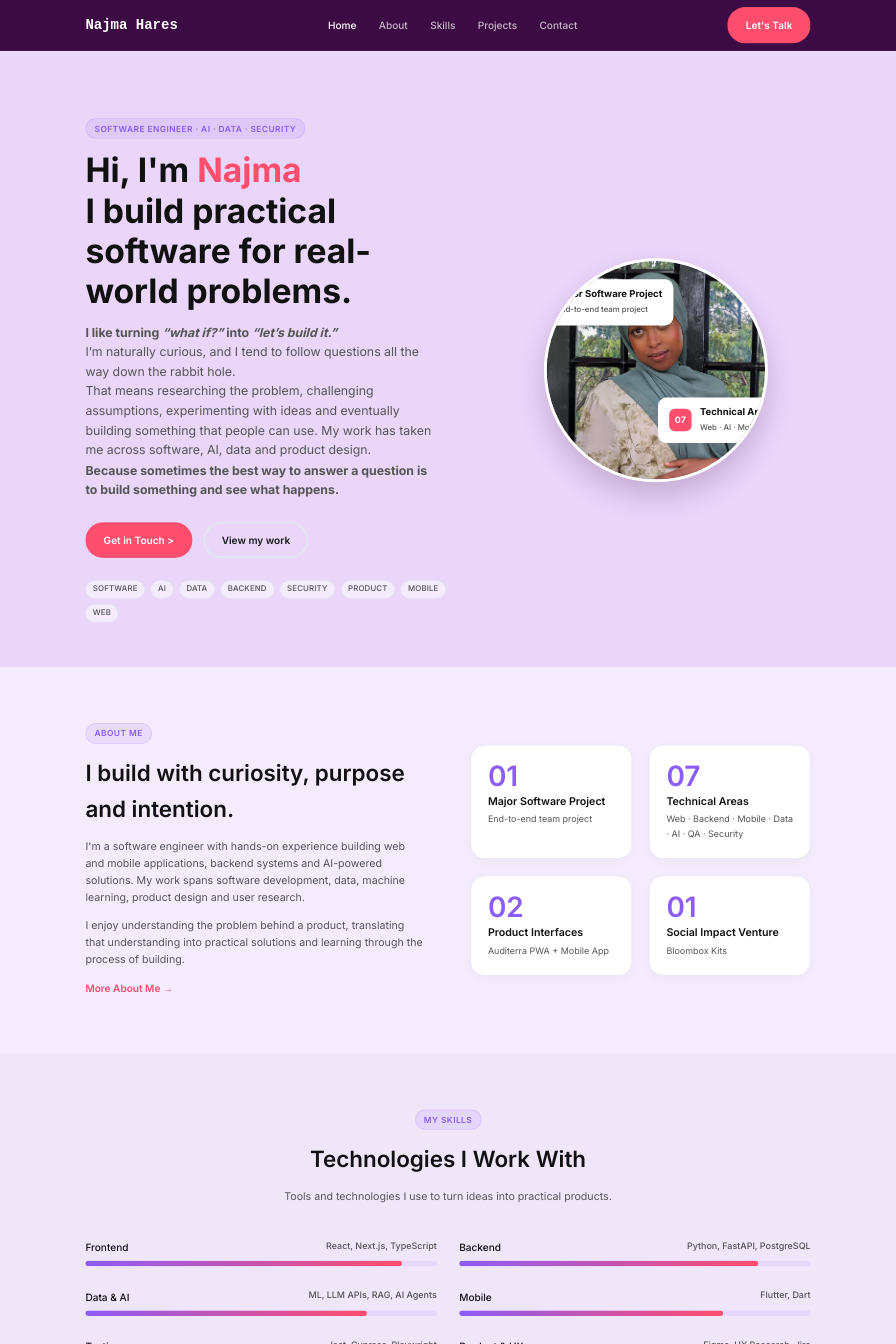
Repository: najmahares/portfolio
Page: index.html
These files come from the project's save history. The page is drawn as it stood at one moment and after the next save; the edit follows.
The browser window is 1280 px wide. The pictures show the part of the page from y = 0 to 1920 px (the page is 3441 px tall), at 70% of full size.

Above is the page before, as saved 2026-09-19 06:35:56.

After the next save:
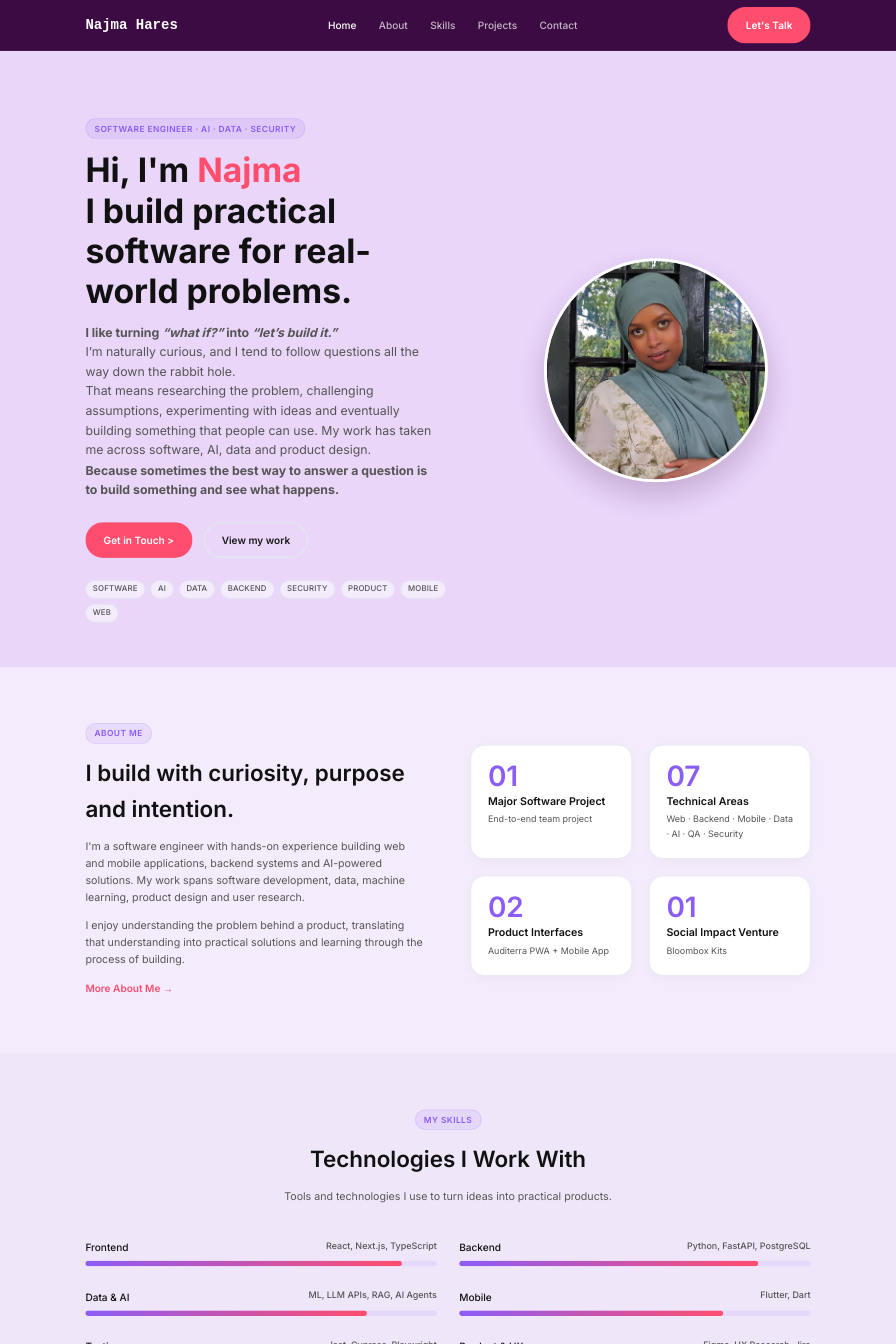
Saved 21 s later.
--- a/index.html
+++ b/index.html
@@ -74,6 +74,7 @@
             <span class="badge-sm">Web</span>
           </div>
         </div>
+                <!-- Hero Image Wrapper -->
         <div class="hero-image-wrapper reveal">
           <div class="avatar-graphic tilt-card">
             <img
@@ -81,23 +82,8 @@
               alt="Najma Hares"
               class="hero-img"
             />
-            <div class="floating-stat float-1">
-              <div class="stat-icon bg-purple">01</div>
-              <div>
-                <strong>Major Software Project</strong>
-                <span>End-to-end team project</span>
-              </div>
-            </div>
-            <div class="floating-stat float-2">
-              <div class="stat-icon bg-pink">07</div>
-              <div>
-                <strong>Technical Areas</strong>
-                <span>Web · AI · Mobile · Data</span>
-              </div>
-            </div>
-          </div>
-        </div>
-      </div>
+          </div>
+        </div>
     </section>
 
     <!-- About & Stats -->
